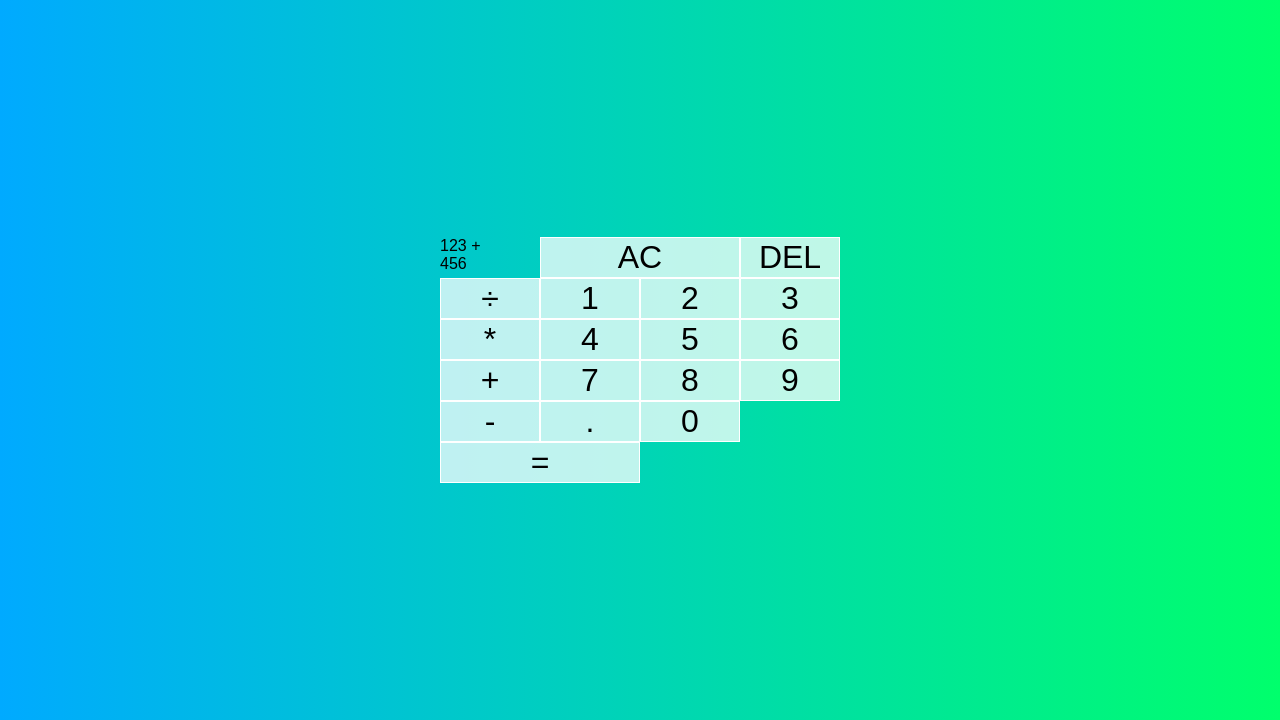
Repository: weazzyefff/Calculator-YT-Tutorial-
Page: index.html
These files come from the project's save history. The page is drawn as it stood at one moment and after the next save; the edit follows.
The browser window is 1280 px wide. The pictures show the whole page.

Above is the page before, as saved 2022-12-23 12:14:18.

### index.html
<!DOCTYPE html>
<html>
<head>
	<meta charset="utf-8">
	<meta name="viewport" content="width=device-width, initial-scale=1">
	<title>Calculator App</title>
    <link rel="stylesheet" href="styles.css">
    <script src="script.js" defer></script>
</head>
<body>
    <div class="calculator-grid">
    <div class="output">
        <div class="previous-operand">123 +</div>
        <div class="current-operand">456</div>
    </div>
    <button class="span-two">AC</button>
    <button>DEL</button>
    <button>÷</button>
    <button>1</button>
    <button>2</button>
    <button>3</button>
    <button>*</button>
    <button>4</button>
    <button>5</button>
    <button>6</button>
    <button>+</button>
    <button>7</button>
    <button>8</button>
    <button>9</button>
    <button>-</button>
    <button>.</button>
    <button>0</button>
    <button class="span-two">=</button>
    </div>

</body>
</html>

### styles.css
*, *::before, *::after {
    box-sizing: border-box;
    font-family: Gotham Rounded, sans-serif;
    font-weight: normal;
}

body {
    padding: 0;
    margin: 0;
    background: linear-gradient(to right, #00AAFF, #00FF6C);
}

.calculator-grid {
    display: grid;
    justify-content: center;
    align-content: center;
    min-height: 100vh;
    grid-template-columns: repeat(4,100px);
    grid-template-rows: minmax(120px, auto) repeat((5, 100px));
}

.calculator-grid > button {
    cursor: pointer;
    font-size: 2rem;
    border: 1px solid white;
    outline: none;
    background-color: rgba(255,255,255, .75);
}

.calculator-grid > button:hover {
    background-color:rgba(255,255,255, .9);
}

.span-two {
    grid-column: span 2;
}

Loaded but not shown: script.js (no stored copy; drawn as an empty file)

After the next save:
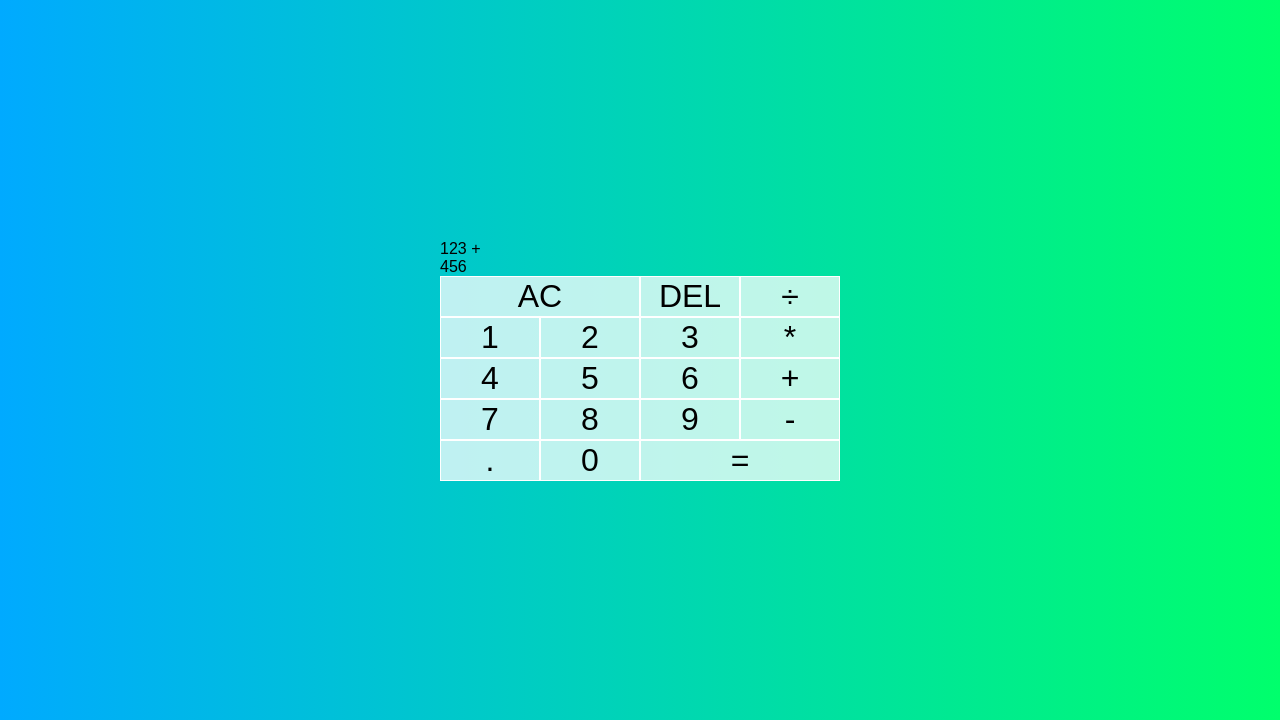
Saved 32 s later.
--- a/styles.css
+++ b/styles.css
@@ -34,3 +34,7 @@ body {
 .span-two {
     grid-column: span 2;
 }
+
+.output  {
+    grid-column: 1 / -1;
+}
